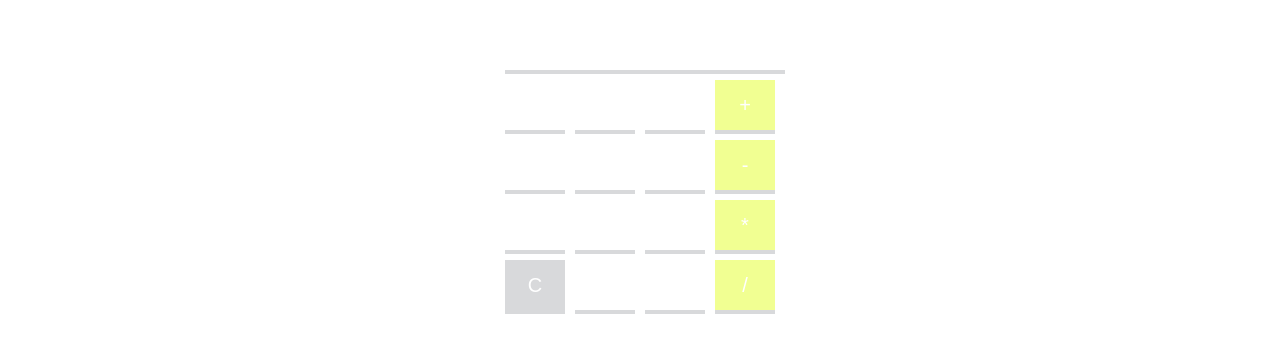
Repository: Drumstrum88/LAB-calculator
Page: index.html
The author's editor kept a copy of each file at every save. The page is drawn from the files as they stood at one save, then again after a run of saves.
The browser window is 1280 px wide. The pictures show the whole page.

Above is the page before, as saved 2023-04-15 20:49:18.

### index.html
<!DOCTYPE html>
<html lang="en">
<head>
  <meta charset="UTF-8">
  <meta http-equiv="X-UA-Compatible" content="IE=edge">
  <meta name="viewport" content="width=device-width, initial-scale=1.0">
  <title>Calculator</title>
  <link rel="stylesheet" href="main.css">
</head>
<body>
  <div class="center-div">
  <input type="text" name="input" size="16" id="answer"><br>
  <input type="button" name="one" value="1" onclick="calc.input.value += '1'">
            <input type="button" name="two" value="2" onclick="calc.input.value += '2'">
            <input type="button" name="three" value="3" onclick="calc.input.value += '3'">
            <input type="button" class="operator" name="plus" value="+" onclick="calc.input.value += '+'">
            <br>
            <input type="button" name="four" value="4" onclick="calc.input.value += '4'">
            <input type="button" name="five" value="5" onclick="calc.input.value += '5'">
            <input type="button" name="six" value="6" onclick="calc.input.value += '6'">
            <input type="button" class="operator" name="minus" value="-" onclick="calc.input.value += '-'">
             <br>
             <input type="button" name="seven" value="7" onclick="calc.input.value += '7'">
             <input type="button" name="eight" value="8" onclick="calc.input.value += '8'">
             <input type="button" name="nine" value="9" onclick="calc.input.value += '9'">
             <input type="button" class="operator" name="times" value="*" onclick="calc.input.value += '*'">
             <br>
             <input type="button" id="clear" name="clear" value=" C " onclick="calc.input.value=''">
             <input type="button" name="zero" value="0" onclick="clac.input.value +='0'">
             <input type="button" name="doit" value=" = " onclick="calc.input.value=eval(calc.input.value)">
             <input type="button" class="operator" name="div" value="/" onclick="calc.input.value += '/'">
            </div>
  </body>
</html>

### main.css
body {
  display: flex;
  justify-content: center;
  align-items: center;
}
  center-div {
  width: 400px;
  background-color: black;
  }


input {
  outline: 0;
  position: relative;
  left: 5px;
  top: 5px;
  border: 0;
  color:white;
  background-color: white;
  width: 60px;
  height: 50px;
  float: left;
  margin: 5px;
  padding: 1px 5px;
  font-size: 20px;
  box-shadow: 0 4px #d8d9db;
}

.operator{
  background-color: #f1ff92;
  position: relative;
}


#clear{
  float: left;
  position: relative;
  display: block;
  background-color:#d8d9db;
  margin-bottom: 15px;
}

#answer{
  width: 270px;
  font-size: 26px;
  text-align: left;
  background-color: white;
  padding: 1px 5px;
  float: left;
}
/* answer hover effect */
#answer:hover{
  width: 270px;
  font-size: 26px;
  text-align: center;
  box-shadow: 0 4px rgba(0,0,0,0.2);
  background-color: #ebebeb;
}

input:hover{
  border: 0 solid #000;
  color: #495069;
  background-color: #8f5fda;
  border-radius: 4px;
  width: 60px;
  height: 50px;
  float: left;
  margin: 5px;
  font-size: 20px;
  box-shadow: 0 4px #644294;
}
/* hover */
.operator:hover{
  background-color: #e7f56b;
  box-shadow: 0 4px #b7c259;
}
/* hover */
#clear:hover{
  float: left;
  display: block;
  background-color: #f297a0;
  margin-bottom: 15px;
  box-shadow: 0 4px #cc7f86;
}

*button {
  padding: 1px 5px;
}

After the next 2 saves:
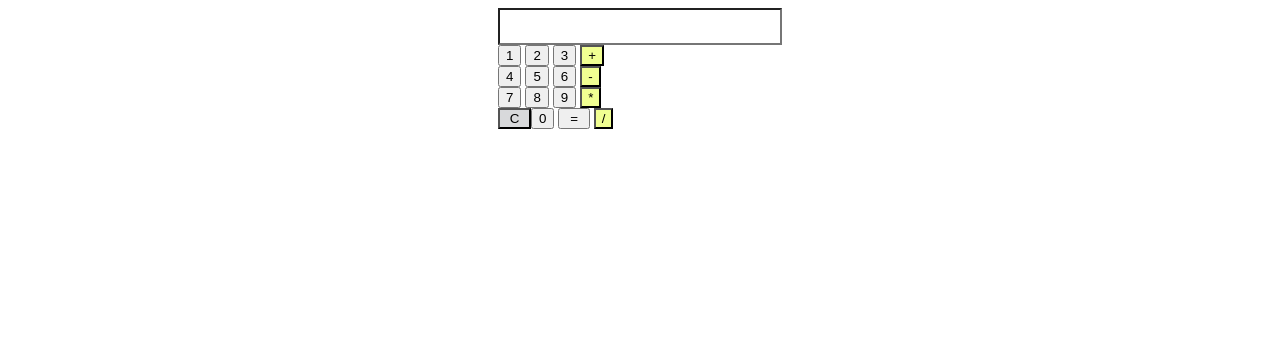
The 2 saves are shown as one change because they came seconds apart.
The last was saved 11 s later.
--- a/main.css
+++ b/main.css
@@ -6,7 +6,7 @@
   center-div {
   width: 400px;
   background-color: black;
-  }
+  }*/
 
 
 input {

After the save that followed:
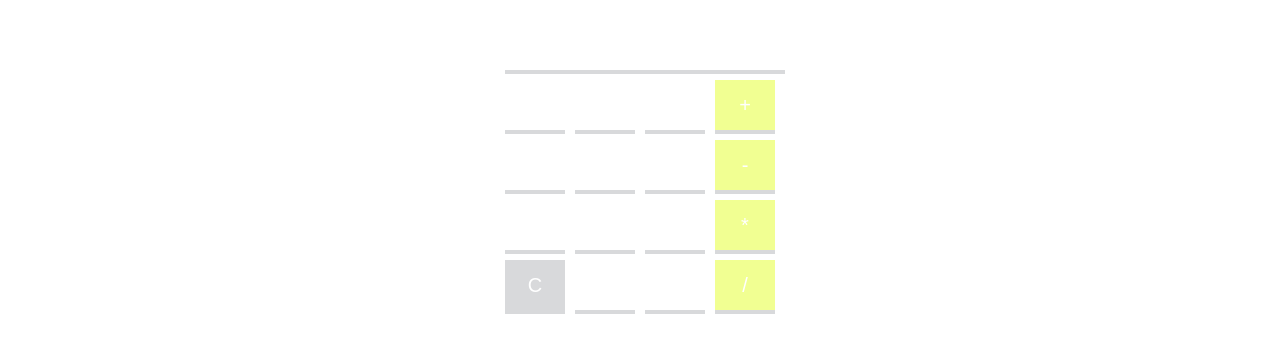
Saved 9 s later.
--- a/main.css
+++ b/main.css
@@ -3,7 +3,7 @@
   justify-content: center;
   align-items: center;
 }
-  center-div {
+ /* center-div {
   width: 400px;
   background-color: black;
   }*/
